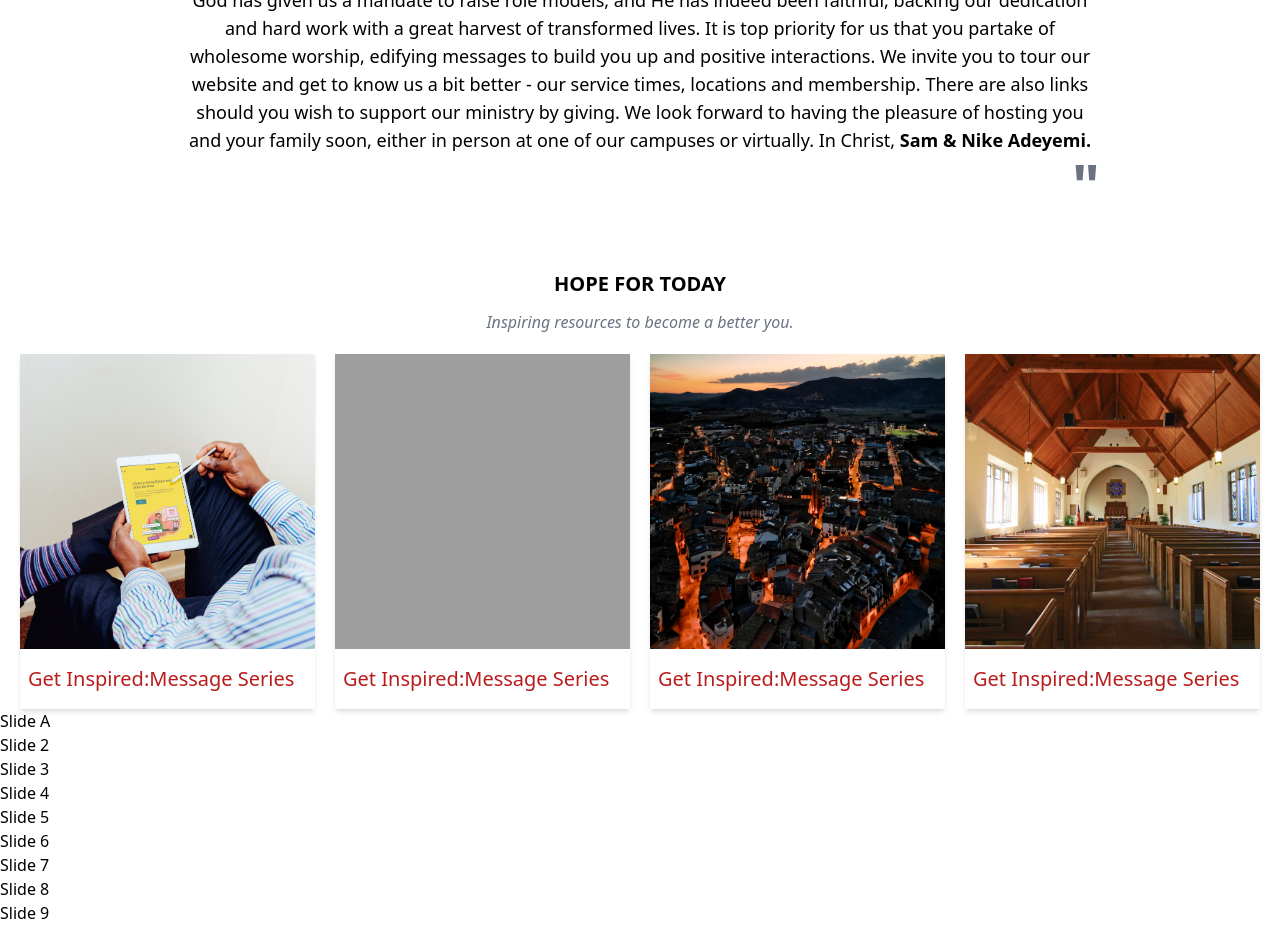
Repository: hisreal123/godschamber
Page: /
The author's editor kept a copy of each file at every save. The page is drawn from the files as they stood at one save, then again after the next save.
The browser window is 1280 px wide. The pictures show the part of the page from y = 906 to 1858 px (the page is 1831 px tall before and 1858 px after).
Pictures or frames that could not be fetched are drawn as grey boxes. The project was rebuilt for these pictures with package versions that can differ from the ones it lists, and the page was loaded fresh each time. The framework's server and built-in components were replaced by stand-ins that run in the browser. Also part of the build but not shown: next.config.js.

Above is the page before, as saved 2023-03-26 11:29:45.

### src/app/layout.tsx
import './globals.css'

export const metadata = {
  title: 'Welcome to Godschambers e-church ',
  description: 'Get closer to Your father ',
}

export default function RootLayout({
  children,
}: {
  children: React.ReactNode
}) {
  return (
    <html lang="en">
      <body>
        {children}
      </body>
    </html>
  )
}

### src/app/page.tsx
"use client"
import React, { lazy, useState } from 'react'
import { Inter } from 'next/font/google'


// context
import { SideBarContext } from './components/context/SidebarContext'


// Font
const inter = Inter({ subsets: ['latin'] })

// LazyLoading
const Header = lazy(() => import('./components/Header'))
const Sidebar = lazy(() => import('./components/Sidebar'))
const Banner = lazy(() => import('./components/Banner'))
const Quote = lazy(() => import('./components/Quote'))
const HopeCards = lazy(() => import('./components/HopeCards'))
const Carousel = lazy(() => import('./components/Carousel/Carousel'))


// Export....
export default function Home() {

  const [Open, setOpen] = useState(false)

  return (
    <main className="w-screen overflow-hidden relative">
      <SideBarContext.Provider value={{ Open, setOpen }}>
        <Header />
        <Sidebar />
      </SideBarContext.Provider>
      <Banner />
      <Quote />
      <HopeCards />
      <Carousel />
    </main>
  )
}

### src/app/globals.css
@tailwind base;
@tailwind components;
@tailwind utilities;


/* slider Components*/

### src/app/components/context/SidebarContext.tsx
import { createContext } from "react";


 type SideBarProps  = {
    Open: boolean
    setOpen :  any
}

export const SideBarContext = createContext( {} as  SideBarProps)

### src/app/components/Header.tsx
import { SideBarNav } from './SideBarNav';
import React, { useState, useEffect, useContext } from 'react'
import { SideBarContext } from './context/SidebarContext'
import { menuIcon } from './SvgIcons/SvgIcons'
import { motion } from 'framer-motion'

export default function Header() {

  const [scrollY, setScrollY] = useState(0)
  const { Open, setOpen } = useContext(SideBarContext)
  const toggleSideBar = () => setOpen(!Open)


  useEffect(() => {
    const handleScroll = () => {
      setScrollY(window.scrollY);
    }

    window.addEventListener("scroll", handleScroll);

    return () => {
      window.removeEventListener("scroll", handleScroll);
    };
  }, [])

  const backgroundColor = scrollY > 100 ? 'bg-indigo-500' : 'transparent';

  return (
    <div
      className={` ${backgroundColor} transition h-20 transparent fixed w-screen drop-shadow-lg z-10`}>
      <div className="container px-10 md:px-0 h-full mx-auto flex justify-between items-center">

        {/* logo here*/}
        <a className="" href="#">logo</a>

        {/* menu Links */}
        <SideBarNav toggleSideBar={toggleSideBar} style='hidden px-10 py-16 bg-gray-800 z-10
            md:relative md:flex md:p-0 md:bg-transparent md:flex-row md:space-x-6' liStyle='md:text-xs' />

        <div className="flex items-center md:hidden">
          <button className="text-white text-4xl font-bold opacity-70 hover:opacity-100 duration-300"
            onClick={toggleSideBar}>
            {menuIcon}
          </button>
        </div>
      </div>
    </div>
  )
}

### src/app/components/Sidebar.tsx
import React, { useContext, lazy } from 'react'
import { SideBarContext } from './context/SidebarContext'
import { SideBarNav } from './SideBarNav'
// import { motion } from 'framer-motion'

export default function Sidebar() {

  const { Open, setOpen } = useContext(SideBarContext)
  const toggleSideBar = () => setOpen(!Open)

  return (
    <div
      className="wrapper md:hidden transition ">
      <div

        className={Open ? " transition w-1/2 bg-slate-400 fixed top-0 bottom-0 right-0 shadow-lg z-[100]" : 'hidden '}>
        <SideBarNav toggleSideBar={toggleSideBar} style='relative h-screen bg-gradient-to-r from-violet-600 via-violet-600 to-indigo-600 w-full pt-20' liStyle=' inline-block  p-2  mt-1 text-xs w-full font-lighter opacity-2  ' />
      </div>

      {/* overlay */}
      <div className={Open ? " h-screen bg-black bg-opacity-50 z-10 fixed w-screen top-0 " : 'hidden '} onClick={toggleSideBar}></div>
    </div>
  )
}

### src/app/components/Banner.tsx
import { ClickButton } from './clickButton';
import React from 'react'
import VideoPlayer from './VideoBackground'
import { motion as m } from 'framer-motion'

import { Watch, location } from './SvgIcons/SvgIcons'
import { BannerPlace } from './animation/animations';

export default function Banner() {
  return (
    <>
      <div className="wrapper h-screen">
        <div className="absolute flex items-center h-screen w-screen justify-center">
          <div className="wrap">

            <div className="text text-white text-center ">
              <m.h1
                variants={BannerPlace}
                initial="hide"
                animate="show"
                transition={{ duration: 2.5, type: "spring", stiffness: 100 }}
                className='text-4xl md:text-6xl font-light mb-5 md:mb-6 '>
                A PLACE FOR YOU
              </m.h1>
              <div className="desc mb-8 text-md md:text-2xl"> Join us this weekend </div>
            </div>

            <div className="btns flex flex-col md:flex-row md:items-center  md:space-x-2 md:w-[500px] md:mx-auto ">
              <ClickButton icon={location} title='Find a location' href="/" style=" flex  items-center justify-center space-x-5 rounded-full bg-red-600 hover:bg-red-800 text-white py-2 px-2 text-center md:w-[70%] md:mx-auto md:py-4 md:px-5  md:space-x-0 md:text-sm" />
              <ClickButton icon={Watch} title='Find a location' href="/" style=" flex  items-center justify-center space-x-5 rounded-full bg-red-600 hover:bg-red-800 text-white py-2 px-2 text-center mt-5 md:w-[70%] md:text-xl md:mx-auto md:mt-0 md:mx-auto md:py-4 md:px-5 md:space-x-0 md:text-sm" />
            </div>
          </div>
        </div>
        <VideoPlayer />
      </div>
    </>
  )
}

### src/app/components/Quote.tsx
import React from 'react'
export default function Quote() {
  return (
    <>
      <div className="container mx-auto py-10 text-center  md:py-14 relative -z-50 md:w-3/4">
        <h2 className='mb-5 md:text-3xl font-bold'> WELCOME TO THE CHURCH</h2>

        <div className="welcomeMessage px-5 flex flex-col ">
          <span className='text-4xl font-bold text-gray-500 md:text-6xl self-start '>
            &quot;
          </span>
          <p className='text-xs md:text-lg '>
            God has given us a mandate to raise role models, and He has indeed been faithful, backing our dedication and hard work with a great harvest of transformed lives. It is top priority for us that you partake of wholesome worship, edifying messages to build you up and positive interactions. We invite you to tour our website and get to know us a bit better - our service times, locations and membership. There are also links should you wish to support our ministry by giving. We look forward to having the pleasure of hosting you and your family soon, either in person at one of our campuses or virtually.
            In Christ, <b>Sam & Nike Adeyemi.</b>
          </p>
          <span className='text-4xl font-bold text-gray-500 md:text-6xl self-end '>
            &quot;
          </span>

        </div>

      </div>
    </>
  )
}

### src/app/components/HopeCards.tsx
import React, { lazy } from 'react'


const Cards = lazy(() => import('./CardsComponents'))

export default function HopeCards() {
  return (
    <>
      <div className="wrapper  relative z-0">
        <div className="Container px-5">

          <div className="top text-center">
            <h1 className='text-lg md:text-lg lg:text-xl font-bold mb-3'>HOPE FOR TODAY</h1>
            <p className=' italic font-light text-gray-500'>Inspiring resources to become a better you.</p>
          </div>
          <div className="CardWrapper grid grid-cols-1 gap-5 md:grid-cols-2 lg:grid-cols-4 mt-5">
            <Cards imgSrc="/assets/img1.jpg" text="Get Inspired:Message Series" alt=" Get inspired" mainStyle="flex flex-col bg-white overflow-hidden  w-full shadow-md" topStyle='' btmStyle=' py-4  px-2 ' textStyle='text-md text-red-700 md:text-lg lg:text-xl' />
            <Cards imgSrc="/assets/img2.jpg" text="Get Inspired:Message Series" alt=" Get inspired" mainStyle="flex flex-col bg-white overflow-hidden  w-full shadow-md" topStyle='' btmStyle=' py-4  px-2 ' textStyle='text-md text-red-700 md:text-lg lg:text-xl' />
            <Cards imgSrc="/assets/img3.jpg" text="Get Inspired:Message Series" alt=" Get inspired" mainStyle="flex flex-col bg-white overflow-hidden  w-full shadow-md" topStyle='' btmStyle=' py-4  px-2 ' textStyle='text-md text-red-700 md:text-lg lg:text-xl' />
            <Cards imgSrc="/assets/img4.jpg" text="Get Inspired:Message Series" alt=" Get inspired" mainStyle="flex flex-col bg-white overflow-hidden  w-full shadow-md" topStyle='' btmStyle=' py-4  px-2 ' textStyle='text-md text-red-700 md:text-lg lg:text-xl' />
          </div>
        </div>
      </div>
    </>
  )
}

### src/app/components/Carousel/Carousel.tsx
import { motion as m } from 'framer-motion'
import React from 'react'
import { BannerPlace } from '../animation/animations'
import { Swiper, SwiperSlide } from "swiper/react";

export default function Carousel() {
    return (
        <>
            <Swiper className="mySwiper">
                <SwiperSlide>Slide A</SwiperSlide>
                <SwiperSlide>Slide 2</SwiperSlide>
                <SwiperSlide>Slide 3</SwiperSlide>
                <SwiperSlide>Slide 4</SwiperSlide>
                <SwiperSlide>Slide 5</SwiperSlide>
                <SwiperSlide>Slide 6</SwiperSlide>
                <SwiperSlide>Slide 7</SwiperSlide>
                <SwiperSlide>Slide 8</SwiperSlide>
                <SwiperSlide>Slide 9</SwiperSlide>
            </Swiper>
        </>
    )
}

### src/app/components/SideBarNav.tsx
import React from "react";
import {home,
    Contact,
    Watch,
    Care,
    Give,
    Blog} from './SvgIcons/SvgIcons'

type SideBarNavProps = {
    toggleSideBar : () => { }
    style?:  string
    liStyle? : string
}

export function SideBarNav({liStyle, style, toggleSideBar}: SideBarNavProps) {
  return <div className="">
    <ul className={` ${style} `}>

        <li>
            <a className={`${liStyle} flex items-center  text-white opacity-70 hover:opacity-100 duration-300`} href="#">
                <span className="font-light mr-2  ">
                {home}
                </span>
                ABOUT</a>
        </li>
        <li>
            <a className={`${liStyle} flex items-center  text-white opacity-70 hover:opacity-100 duration-300`} href="#">
            <span className="font-light mr-2  ">
                {Contact}
                </span>
                CONNECT</a>
        </li>
        <li>
            <a className={`${liStyle} flex items-center  text-white opacity-70 hover:opacity-100 duration-300`} href="#">
            <span className="font-light mr-2  ">
                {Watch}
                </span>
                WATCH</a>
        </li>

        <li>
            <a className={`${liStyle} flex items-center  text-white opacity-70 hover:opacity-100 duration-300`} href="#">
            <span className="font-light mr-2  ">
                {Care}
                </span>
                CARE</a>
        </li>

        <li>
            <a className={`${liStyle} flex items-center  text-white opacity-70 hover:opacity-100 duration-300`} href="#">
            <span className="font-light mr-2  ">
                {Give}
                </span>
                GIVE</a>
        </li>
        <li>
            <a className={`${liStyle} flex items-center  text-white opacity-70 hover:opacity-100 duration-300`} href="#">
            <span className="font-light mr-2  ">
                {Blog}
                </span>
                BLOG</a>
        </li>

        </ul>
    </div>
}

### src/app/components/clickButton.tsx
import React from "react";


type clickButton = {
  style: string
  title : string
  href: string
  icon?: string | any}


export function ClickButton({icon, style, title, href}  : clickButton) {
  return <>
    <a href={href} className={`${style}`}>
      {icon  ? (
        <>
          <span>
            {icon}
          </span>
          <p>{title}</p>
        </>
      ) : ( `
        ${title}
      `)}
    </a>
    {/* <a href="" className=""> Watch Online</a> */}
  </>;
}

### src/app/components/VideoBackground.tsx
import { useState } from 'react'

const VideoPlayer = () => {


  return (
    <div className='vBackground'>
      <video
         src="./assets/churchVideo.mp4"
         className="h-screen w-screen object-cover"
         loop
         autoPlay
         muted
      />
    </div>
  )
}

export default VideoPlayer

### src/app/components/animation/animations.ts



export const BannerPlace = {
    hide: {  y: 4 ,opacity: 0,scale: 0},
    show: {
        y: 0,
        opacity: 1,
        scale: 1,
        transition: {
          duration: 0.2,
          staggerChildren: 0.2
        }
      }
}

### src/app/components/CardsComponents.tsx
import Image from 'next/legacy/image'
import Link from 'next/link';
import React from 'react'


const ImageStyle = {
  height: ' 100%',
  width: ' 100%'
};

type CardComponentProps = {
  text: string
  imgSrc: any
  mainStyle: string
  topStyle?: string
  btmStyle?: string,
  textStyle: string,
  alt?: string | any
}
export default function CardsComponents({
  text,
  imgSrc,
  mainStyle,
  topStyle,
  btmStyle,
  textStyle,
  alt
}: CardComponentProps) {

  return (
    <>
      <Link href="#" >
        <div className={`${mainStyle} container`}>
          <div className={`${topStyle} top`}>
            <Image
              src={imgSrc}
              alt={alt}
              height={100}
              width={100}
              layout="responsive"
              objectFit='cover'
              objectPosition="center"

            />
          </div>
          <div className={`${btmStyle} btm`} >
            <h3 className={`${textStyle} btm`}>{text}</h3>
          </div>
        </div>
      </Link>
    </>
  )
}

Loaded but not shown: tailwind.config.js (16 lines, source omitted); src/app/components/SvgIcons/SvgIcons.tsx (19 lines, source omitted)

After the next save:
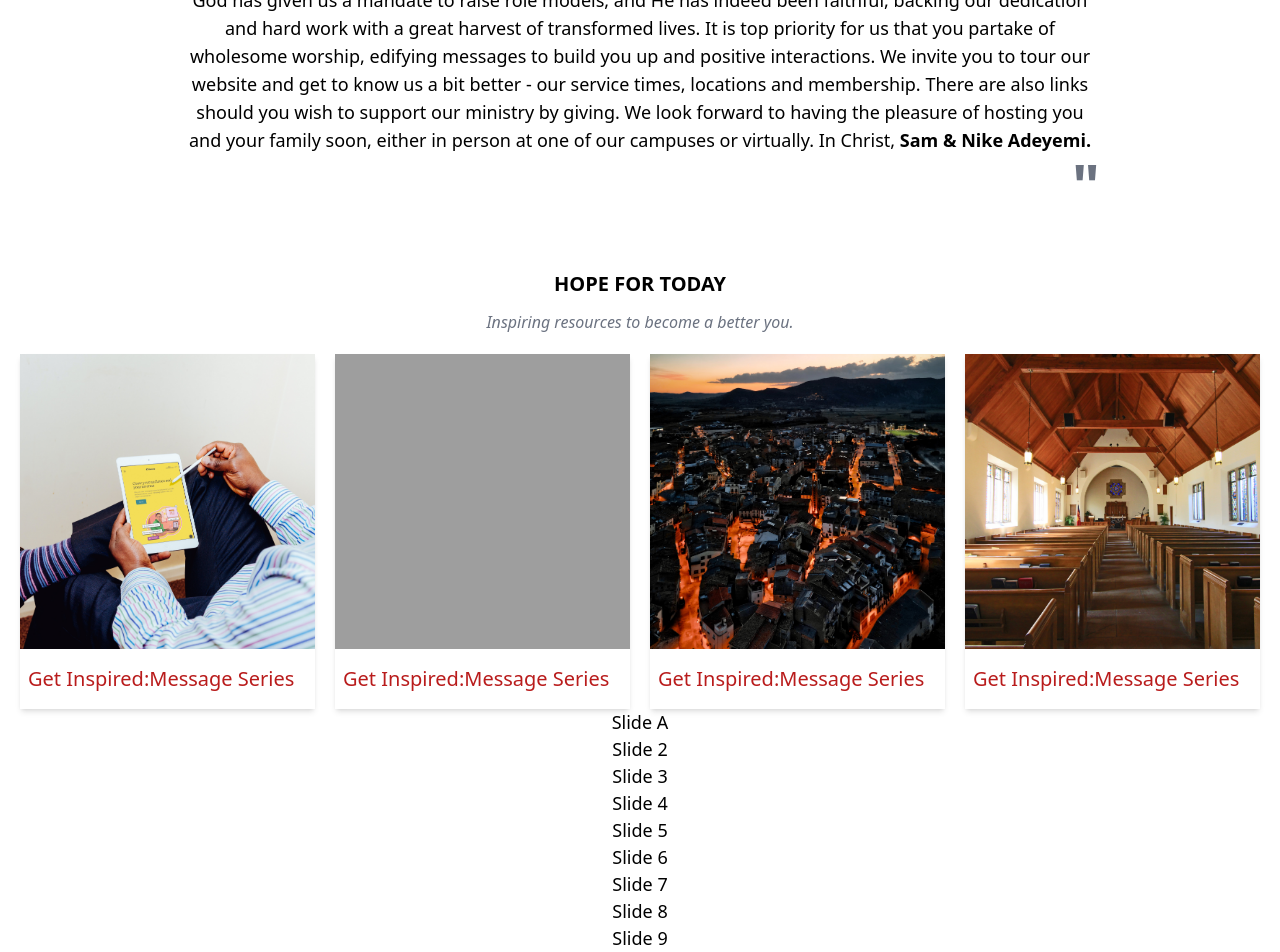
Saved 11 s later.
--- a/src/app/globals.css
+++ b/src/app/globals.css
@@ -4,3 +4,27 @@
 
 
 /* slider Components*/
+
+
+.swiper {
+    width: 100%;
+    height: 100%;
+  }
+
+  .swiper-slide {
+    text-align: center;
+    font-size: 18px;
+    background: #fff;
+
+    /* Center slide text vertically */
+    display: flex;
+    justify-content: center;
+    align-items: center;
+  }
+
+  .swiper-slide img {
+    display: block;
+    width: 100%;
+    height: 100%;
+    object-fit: cover;
+  }

After the 4 saves that followed:
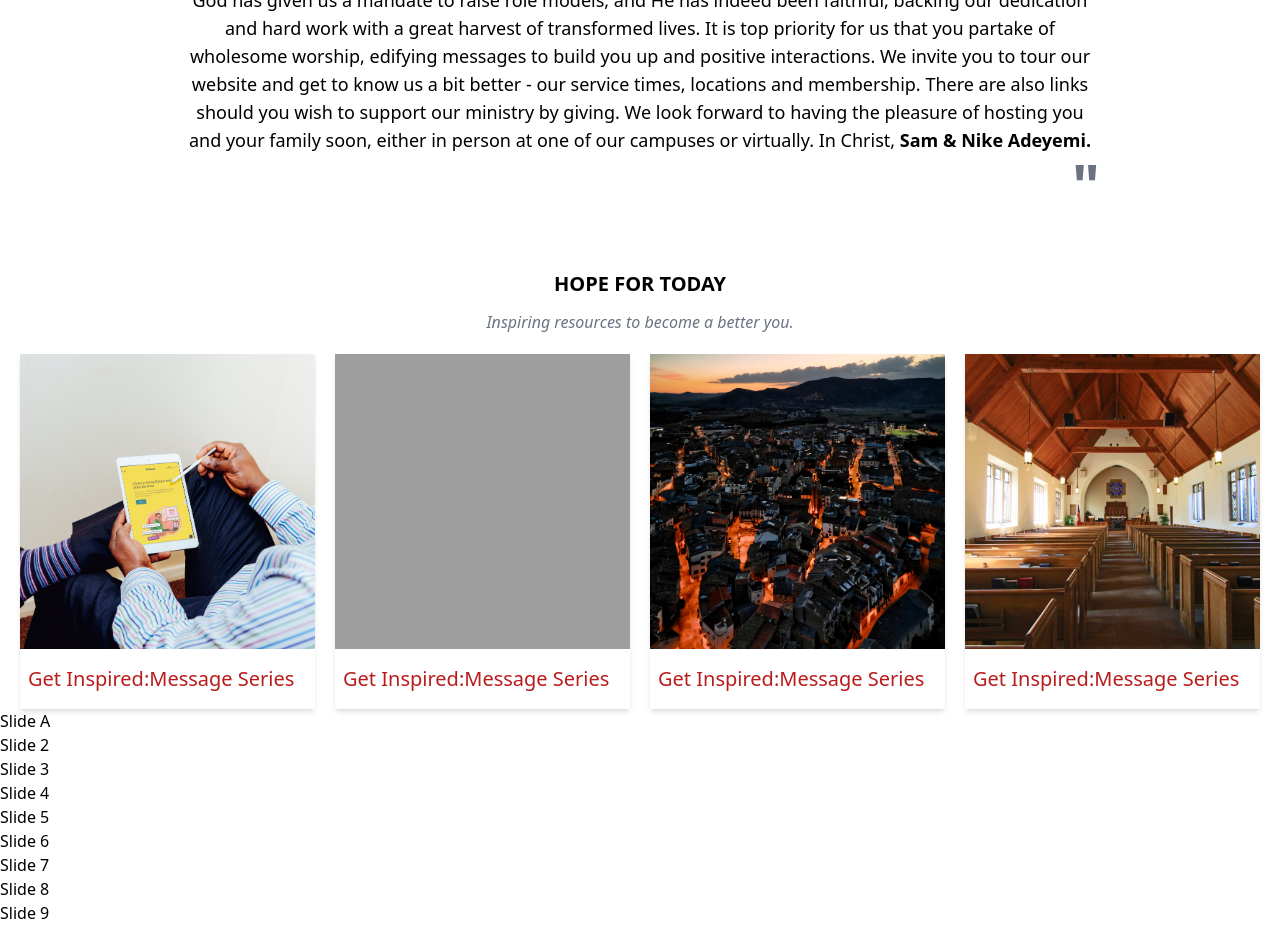
The 4 saves are shown as one change because 1 did not build or start and 1 left the picture as it was and some came seconds apart.
The last was saved 95 s later.
--- a/src/app/globals.css
+++ b/src/app/globals.css
@@ -4,27 +4,3 @@
 
 
 /* slider Components*/
-
-
-.swiper {
-    width: 100%;
-    height: 100%;
-  }
-
-  .swiper-slide {
-    text-align: center;
-    font-size: 18px;
-    background: #fff;
-
-    /* Center slide text vertically */
-    display: flex;
-    justify-content: center;
-    align-items: center;
-  }
-
-  .swiper-slide img {
-    display: block;
-    width: 100%;
-    height: 100%;
-    object-fit: cover;
-  }
